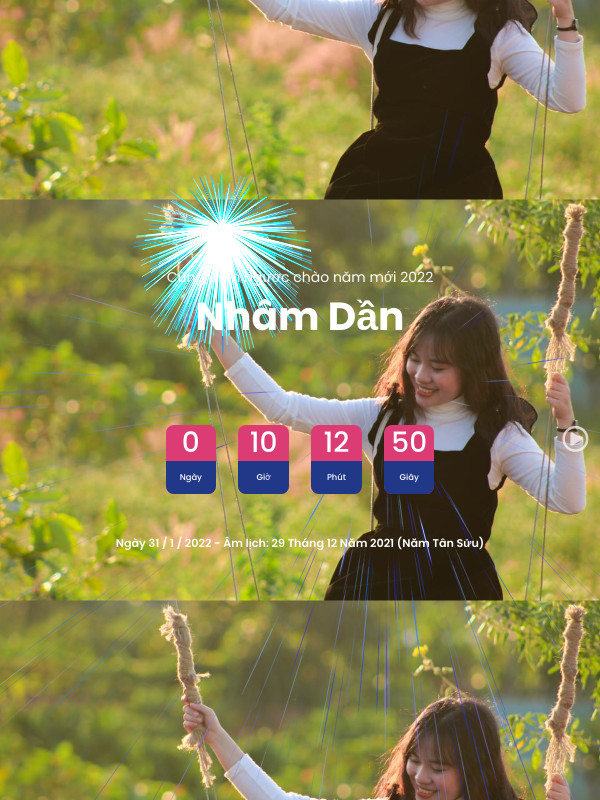
Repository: nguyenban1903/nguyenban1903.github.io
Page: huonggiangcountdown/index.html
An editor plug-in stored every save of this project. The page is shown before and after the next save, followed by the edit.
The browser window is 600 px wide. The pictures show the whole page.
Some web libraries are served in a nearby version.

Above is the page before, as saved 2022-01-31 14:00:51.

After the next save:
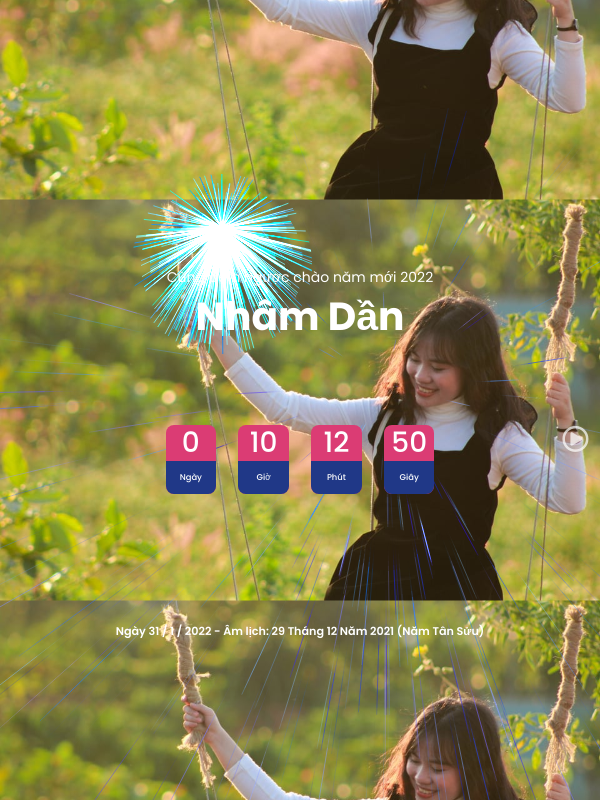
Saved 22 s later.
--- a/huonggiangcountdown/assets/css/style.css
+++ b/huonggiangcountdown/assets/css/style.css
@@ -222,7 +222,7 @@ body {
     /* position : absolute; */
     text-align: center;
     font-size: 1.7em;
-    bottom: 26em;
+    bottom: 20%;
   }
   .date-lunar {
     font-size: 2rem;
